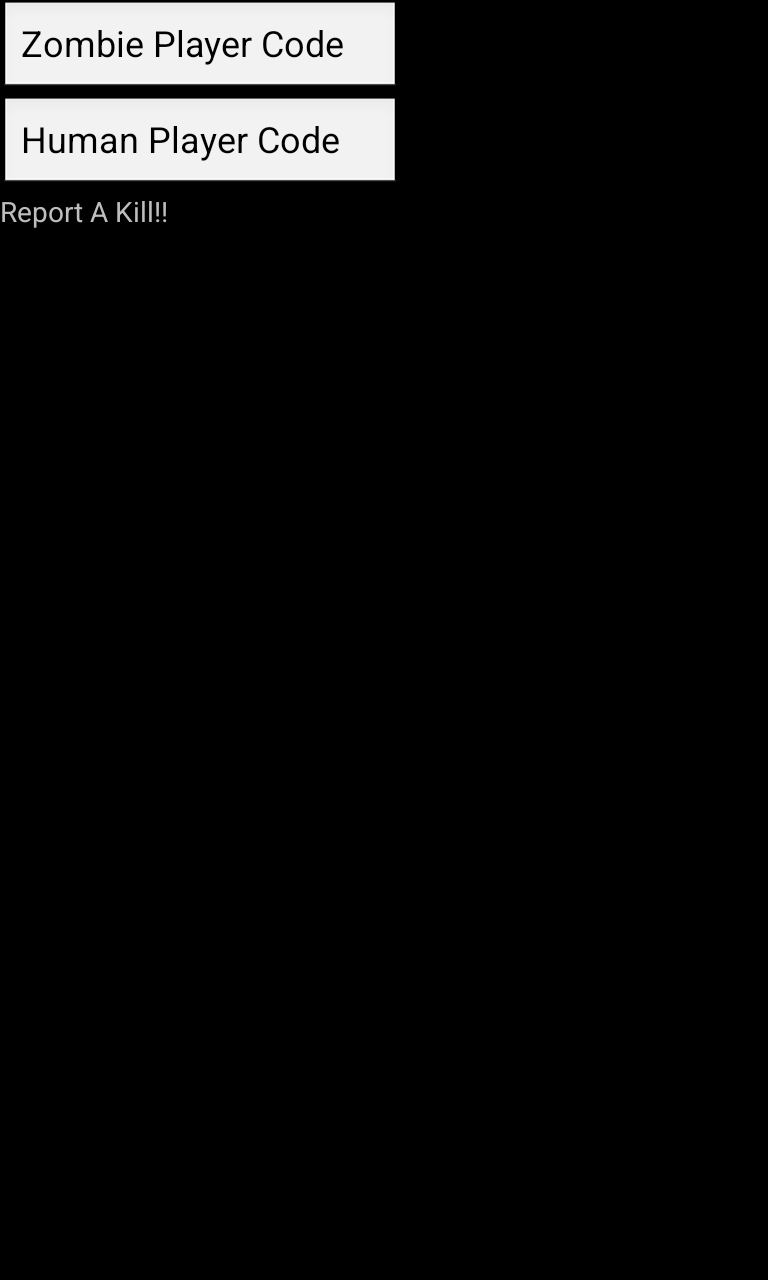
Repository: rolsen/HvZ
Layout: HvZ_phone/res/layout/report.xml
These files come from the project's save history. The layout is drawn as it stood at one moment and after the next save; the edit follows.
It is drawn on a 768 x 1280 px phone screen (xhdpi) without system bars, with theme android:Theme; the app's code is not run.

Above is the layout before, as saved 2011-11-06 23:33:52.

### HvZ_phone/res/layout/report.xml
<?xml version="1.0" encoding="utf-8"?>
<LinearLayout xmlns:android="http://schemas.android.com/apk/res/android"
    android:layout_width="match_parent"
    android:layout_height="match_parent"
    android:orientation="vertical" >

    <EditText
        android:id="@+id/zombie"
        android:layout_width="200dp"
        android:layout_height="wrap_content"
        android:inputType="number"
        android:text="@string/zombie_label" />

    <EditText
        android:id="@+id/human"
        android:layout_width="200dp"
        android:layout_height="wrap_content"
        android:inputType="number"
        android:text="@string/human_label" />

    <TextView
        android:layout_width="match_parent"
        android:layout_height="match_parent"
        android:text="Report A Kill!!" />

</LinearLayout>

### HvZ_phone/res/values/strings.xml
<?xml version="1.0" encoding="utf-8"?>
<resources>

    <string name="hello">Humans Versus Zombies Android Application</string>
    <string name="app_name">HvZ</string>
    <string name="menu_text">Function call to get player list here!</string>
    <string name="menu_title">Player List Menu Title</string>
    <string name="players">Player List</string>
    <string name="zombie_label">Zombie Player Code</string>
    <string name="human_label">Human Player Code</string>

</resources>

After the next save:
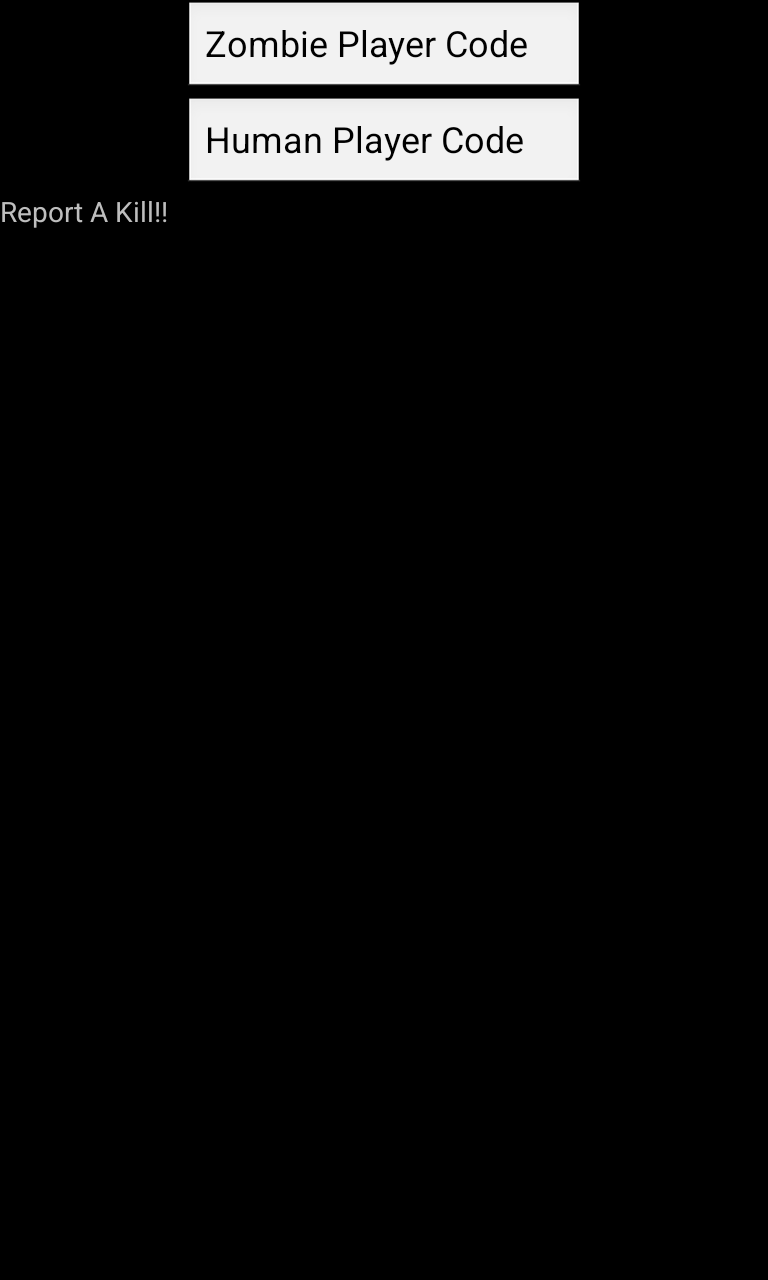
Saved 2 min 11 s later.
--- a/HvZ_phone/res/layout/report.xml
+++ b/HvZ_phone/res/layout/report.xml
@@ -2,19 +2,24 @@
 <LinearLayout xmlns:android="http://schemas.android.com/apk/res/android"
     android:layout_width="match_parent"
     android:layout_height="match_parent"
+    android:gravity="center|center_vertical|right"
     android:orientation="vertical" >
+
 
     <EditText
         android:id="@+id/zombie"
         android:layout_width="200dp"
         android:layout_height="wrap_content"
+        android:layout_gravity="center"
         android:inputType="number"
         android:text="@string/zombie_label" />
+
 
     <EditText
         android:id="@+id/human"
         android:layout_width="200dp"
         android:layout_height="wrap_content"
+        android:layout_gravity="center"
         android:inputType="number"
         android:text="@string/human_label" />
 
